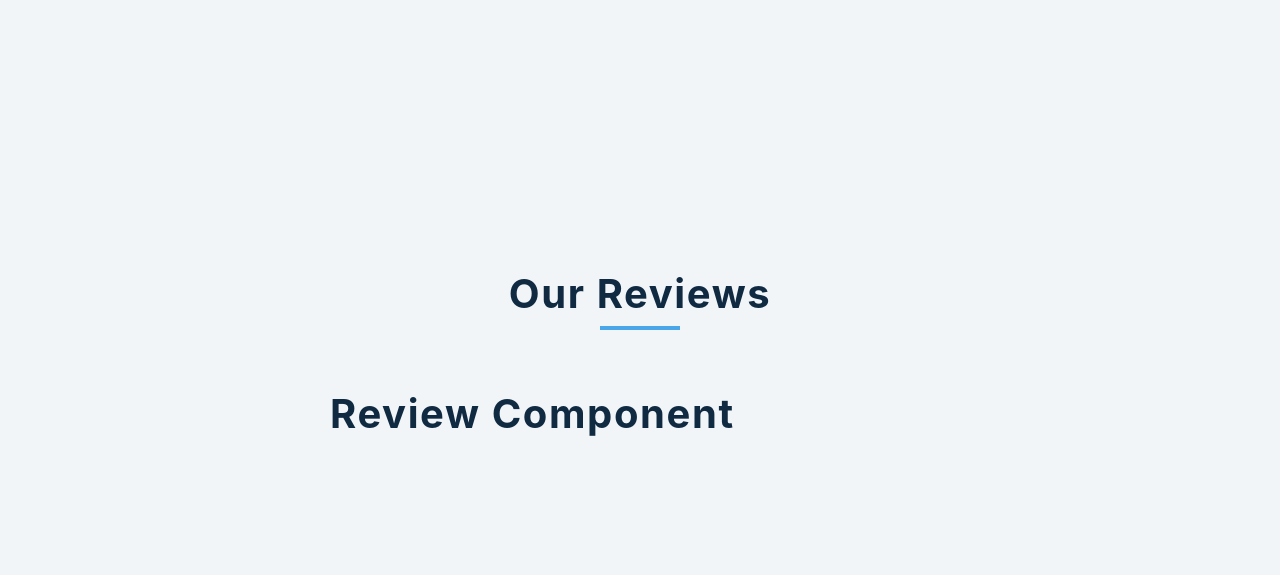
Repository: bodescuanamariia/reviews
Page: /
An editor plug-in stored every save of this project. The page is shown before and after a run of saves, followed by the edit.
The browser window is 1280 px wide. The pictures show the whole page.
Pictures or frames that could not be fetched are drawn as grey boxes. The project was rebuilt for these pictures with package versions that can differ from the ones it lists, and the page was loaded fresh each time.

Above is the page before, as saved 2022-04-20 11:32:33.

### src/index.css
/*
===============
Variables
===============
*/

:root {
  /* dark shades of primary color*/
  --clr-primary-1: hsl(205, 86%, 17%);
  --clr-primary-2: hsl(205, 77%, 27%);
  --clr-primary-3: hsl(205, 72%, 37%);
  --clr-primary-4: hsl(205, 63%, 48%);
  /* primary/main color */
  --clr-primary-5: hsl(205, 78%, 60%);
  /* lighter shades of primary color */
  --clr-primary-6: hsl(205, 89%, 70%);
  --clr-primary-7: hsl(205, 90%, 76%);
  --clr-primary-8: hsl(205, 86%, 81%);
  --clr-primary-9: hsl(205, 90%, 88%);
  --clr-primary-10: hsl(205, 100%, 96%);
  /* darkest grey - used for headings */
  --clr-grey-1: hsl(209, 61%, 16%);
  --clr-grey-2: hsl(211, 39%, 23%);
  --clr-grey-3: hsl(209, 34%, 30%);
  --clr-grey-4: hsl(209, 28%, 39%);
  /* grey used for paragraphs */
  --clr-grey-5: hsl(210, 22%, 49%);
  --clr-grey-6: hsl(209, 23%, 60%);
  --clr-grey-7: hsl(211, 27%, 70%);
  --clr-grey-8: hsl(210, 31%, 80%);
  --clr-grey-9: hsl(212, 33%, 89%);
  --clr-grey-10: hsl(210, 36%, 96%);
  --clr-white: #fff;
  --clr-red-dark: hsl(360, 67%, 44%);
  --clr-red-light: hsl(360, 71%, 66%);
  --clr-green-dark: hsl(125, 67%, 44%);
  --clr-green-light: hsl(125, 71%, 66%);
  --clr-black: #222;
  --transition: all 0.3s linear;
  --spacing: 0.1rem;
  --radius: 0.25rem;
  --light-shadow: 0 5px 15px rgba(0, 0, 0, 0.1);
  --dark-shadow: 0 5px 15px rgba(0, 0, 0, 0.2);
  --max-width: 1170px;
  --fixed-width: 620px;
}
/*
===============
Global Styles
===============
*/

*,
::after,
::before {
  margin: 0;
  padding: 0;
  box-sizing: border-box;
}
body {
  font-family: -apple-system, BlinkMacSystemFont, "Segoe UI", Roboto, Oxygen,
    Ubuntu, Cantarell, "Open Sans", "Helvetica Neue", sans-serif;
  background: var(--clr-grey-10);
  color: var(--clr-grey-1);
  line-height: 1.5;
  font-size: 0.875rem;
}
ul {
  list-style-type: none;
}
a {
  text-decoration: none;
}
h1,
h2,
h3,
h4 {
  letter-spacing: var(--spacing);
  text-transform: capitalize;
  line-height: 1.25;
  margin-bottom: 0.75rem;
}
h1 {
  font-size: 3rem;
}
h2 {
  font-size: 2rem;
}
h3 {
  font-size: 1.25rem;
}
h4 {
  font-size: 0.875rem;
}
p {
  margin-bottom: 1.25rem;
  color: var(--clr-grey-5);
}
@media screen and (min-width: 800px) {
  h1 {
    font-size: 4rem;
  }
  h2 {
    font-size: 2.5rem;
  }
  h3 {
    font-size: 1.75rem;
  }
  h4 {
    font-size: 1rem;
  }
  body {
    font-size: 1rem;
  }
  h1,
  h2,
  h3,
  h4 {
    line-height: 1;
  }
}

/*  global classes */

/* section */
.section {
  width: 90vw;
  margin: 0 auto;
  max-width: var(--max-width);
}

@media screen and (min-width: 992px) {
  .section {
    width: 95vw;
  }
}

/*
===============
Reviews
===============
*/
main {
  min-height: 100vh;
  display: grid;
  place-items: center;
}
.title {
  text-align: center;
  margin-bottom: 4rem;
}
.underline {
  height: 0.25rem;
  width: 5rem;
  background: var(--clr-primary-5);
  margin-left: auto;
  margin-right: auto;
}
.container {
  width: 80vw;
  max-width: var(--fixed-width);
}
.review {
  background: var(--clr-white);
  padding: 1.5rem 2rem;
  border-radius: var(--radius);
  box-shadow: var(--light-shadow);
  transition: var(--transition);
  text-align: center;
}
.review:hover {
  box-shadow: var(--dark-shadow);
}
.img-container {
  position: relative;
  width: 150px;
  height: 150px;
  border-radius: 50%;
  margin: 0 auto;
  margin-bottom: 1.5rem;
}
.person-img {
  width: 100%;
  display: block;
  height: 100%;
  object-fit: cover;
  border-radius: 50%;
  position: relative;
}
.quote-icon {
  position: absolute;
  top: 0;
  left: 0;
  width: 2.5rem;
  height: 2.5rem;
  display: grid;
  place-items: center;
  border-radius: 50%;
  transform: translateY(25%);
  background: var(--clr-primary-5);
  color: var(--clr-white);
}
.img-container::before {
  content: "";
  width: 100%;
  height: 100%;
  background: var(--clr-primary-5);
  position: absolute;
  top: -0.25rem;
  right: -0.5rem;
  border-radius: 50%;
}
.author {
  margin-bottom: 0.25rem;
}
.job {
  margin-bottom: 0.5rem;
  text-transform: uppercase;
  color: var(--clr-primary-5);
  font-size: 0.85rem;
}
.info {
  margin-bottom: 0.75rem;
}
.prev-btn,
.next-btn {
  color: var(--clr-primary-7);
  font-size: 1.25rem;
  background: transparent;
  border-color: transparent;
  margin: 0 0.5rem;
  transition: var(--transition);
  cursor: pointer;
}
.prev-btn:hover,
.next-btn:hover {
  color: var(--clr-primary-5);
}
.random-btn {
  margin-top: 0.5rem;
  background: var(--clr-primary-10);
  color: var(--clr-primary-5);
  padding: 0.25rem 0.5rem;
  text-transform: capitalize;
  border-radius: var(--radius);
  transition: var(--transition);
  border-color: transparent;
  cursor: pointer;
}
.random-btn:hover {
  background: var(--clr-primary-5);
  color: var(--clr-primary-1);
}

.icon {
  font-size: 4rem;
  color: red;
}

### src/App.js
import React from "react";
import Review from "./Review";

function App() {
  return (
    <main>
      <section className="container">
        <div className="title">
          <h2>our reviews</h2>
          <div className="underline"></div>
        </div>
        <Review />
      </section>
    </main>
  );
}

export default App;

### src/Review.js
import React, { useState } from "react";
import people from "./data";
import { FaChevronLeft, FaChevronRight, FaQuoteRight } from "react-icons/fa";

const Review = () => {
  const [index, setIndex] = useState(0);
  console.log(people);
  return <h2>review component</h2>;
};

export default Review;

### src/data.js
const reviews = [
  {
    id: 1,
    name: "susan smith",
    job: "web developer",
    image:
      "https://res.cloudinary.com/diqqf3eq2/image/upload/v1586883334/person-1_rfzshl.jpg",
    text: "I'm baby meggings twee health goth +1. Bicycle rights tumeric chartreuse before they sold out chambray pop-up. Shaman humblebrag pickled coloring book salvia hoodie, cold-pressed four dollar toast everyday carry",
  },
  {
    id: 2,
    name: "anna johnson",
    job: "web designer",
    image:
      "https://res.cloudinary.com/diqqf3eq2/image/upload/v1586883409/person-2_np9x5l.jpg",
    text: "Helvetica artisan kinfolk thundercats lumbersexual blue bottle. Disrupt glossier gastropub deep v vice franzen hell of brooklyn twee enamel pin fashion axe.photo booth jean shorts artisan narwhal.",
  },
  {
    id: 3,
    name: "peter jones",
    job: "intern",
    image:
      "https://res.cloudinary.com/diqqf3eq2/image/upload/v1586883417/person-3_ipa0mj.jpg",
    text: "Sriracha literally flexitarian irony, vape marfa unicorn. Glossier tattooed 8-bit, fixie waistcoat offal activated charcoal slow-carb marfa hell of pabst raclette post-ironic jianbing swag.",
  },
  {
    id: 4,
    name: "bill anderson",
    job: "the boss",
    image:
      "https://res.cloudinary.com/diqqf3eq2/image/upload/v1586883423/person-4_t9nxjt.jpg",
    text: "Edison bulb put a bird on it humblebrag, marfa pok pok heirloom fashion axe cray stumptown venmo actually seitan. VHS farm-to-table schlitz, edison bulb pop-up 3 wolf moon tote bag street art shabby chic. ",
  },
];

export default reviews;

Loaded but not shown: public/index.html (common file); src/index.js (common file)

After the next 5 saves:
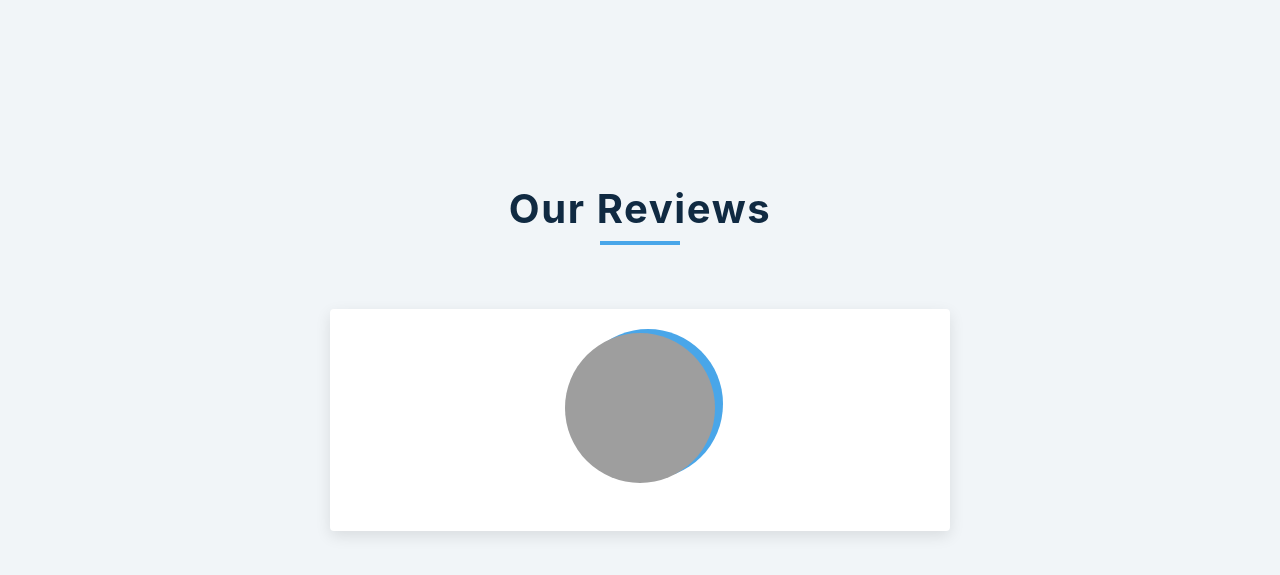
The 5 saves are shown as one change because 4 did not build or start.
The last was saved 4 min 33 s later.
--- a/src/Review.js
+++ b/src/Review.js
@@ -4,8 +4,16 @@
 
 const Review = () => {
   const [index, setIndex] = useState(0);
-  console.log(people);
-  return <h2>review component</h2>;
+  const { name, job, image, text } = people[index];
+
+  return (
+    <article className="review">
+      <div className="img-container">
+        <img src={image} alt={name} className="person-img" />
+        <span className="quote"></span>
+      </div>
+    </article>
+  );
 };
 
 export default Review;
